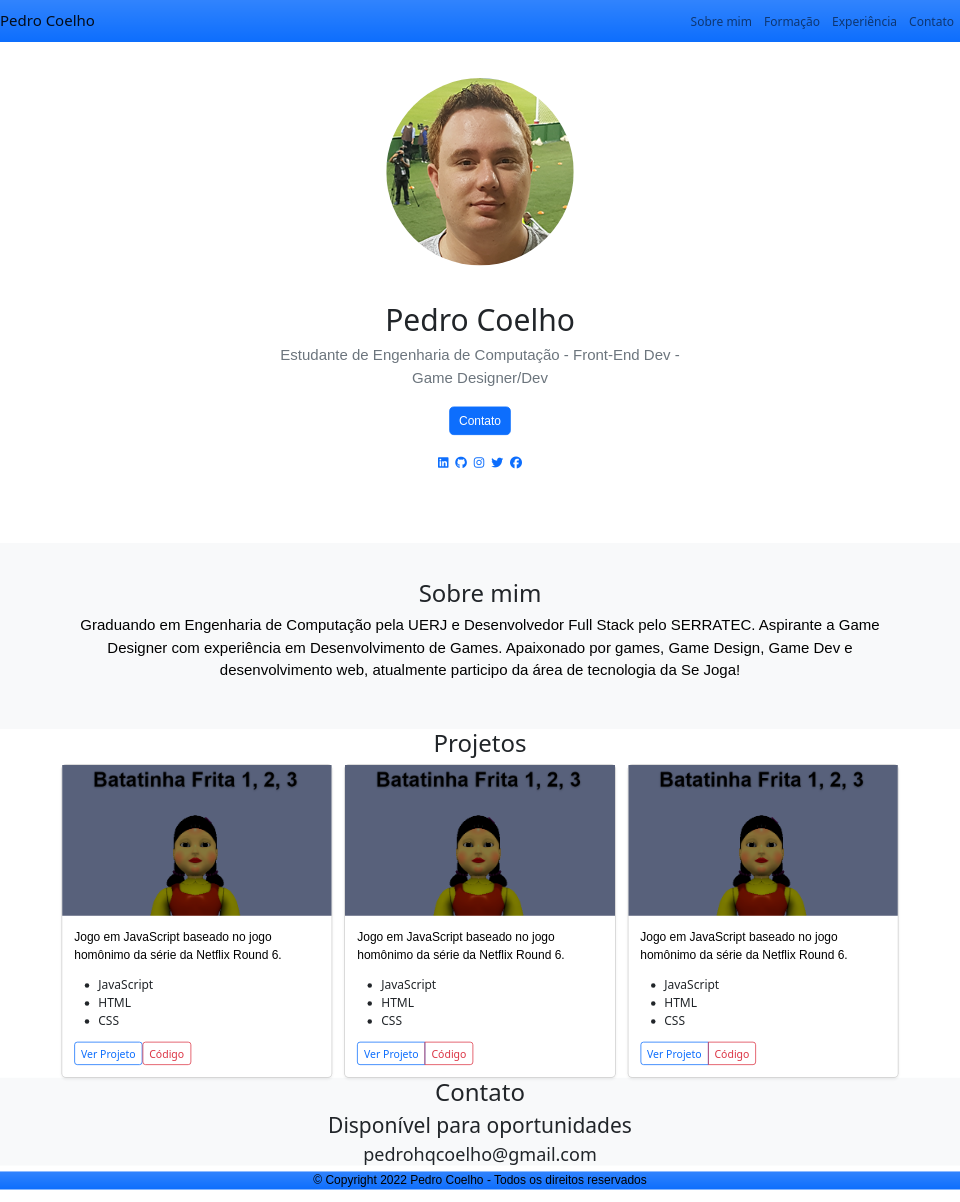
Repository: PedroHQCoelho/portfolio
Page: index.html
The author's editor kept a copy of each file at every save. The page is drawn from the files as they stood at one save, then again after the next save.
The browser window is 1280 px wide. The pictures show the whole page, at 75% of full size.
Some web libraries are served in a nearby version.

Above is the page before, as saved 2022-05-26 19:13:06.

After the next save:
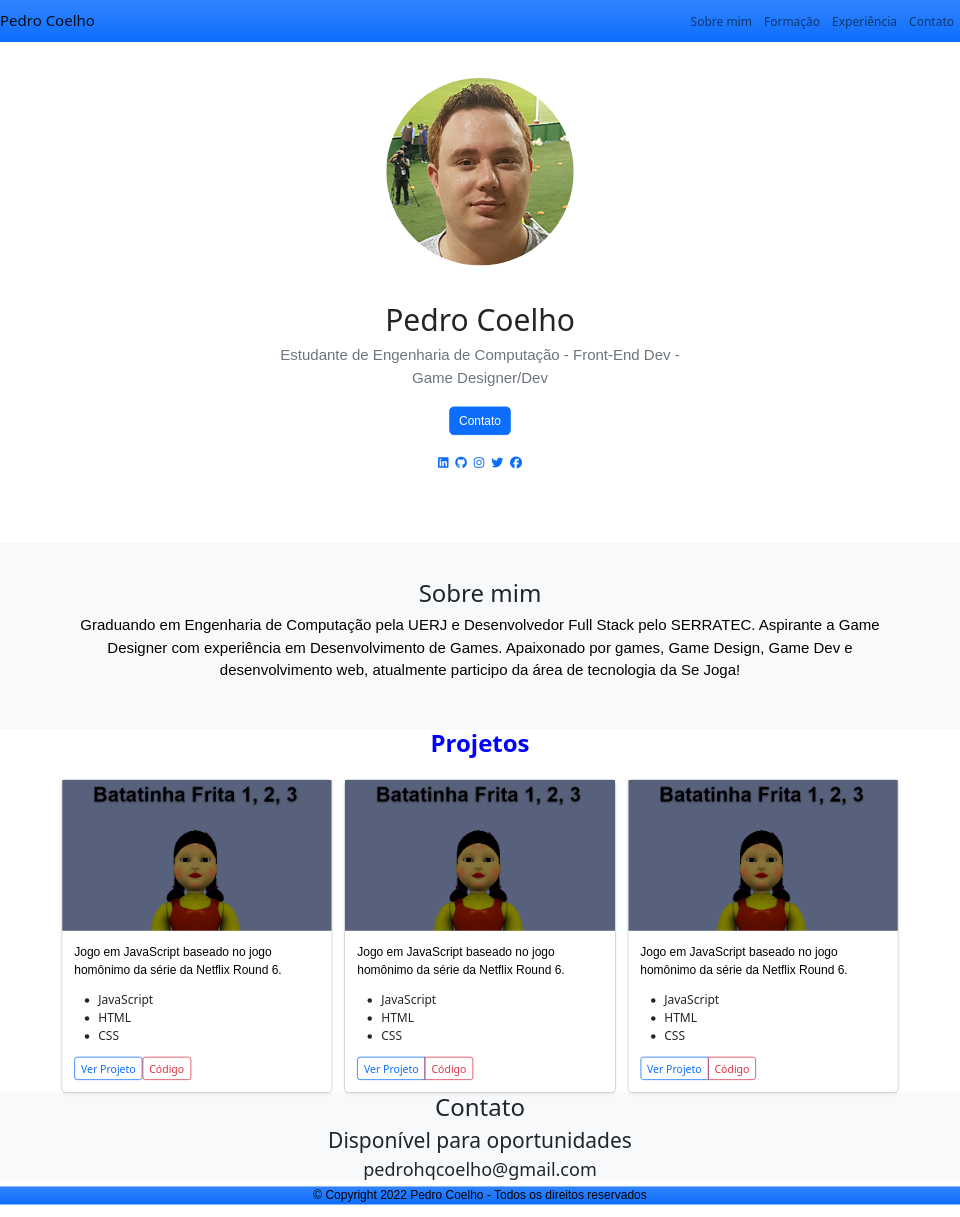
Saved 20 s later.
--- a/index.html
+++ b/index.html
@@ -77,7 +77,7 @@
         <!--Projetos-->
 
         <div class="container">
-          <h2 class="jumbotron-heading text-center">Projetos</h2>
+          <h2 class="jumbotron-heading text-center titulosAzuis">Projetos</h2>
           <div class="row row-cols-1 row-cols-sm-2 row-cols-md-3 g-3">
             <div class="col">
               <div class="card shadow-sm">
